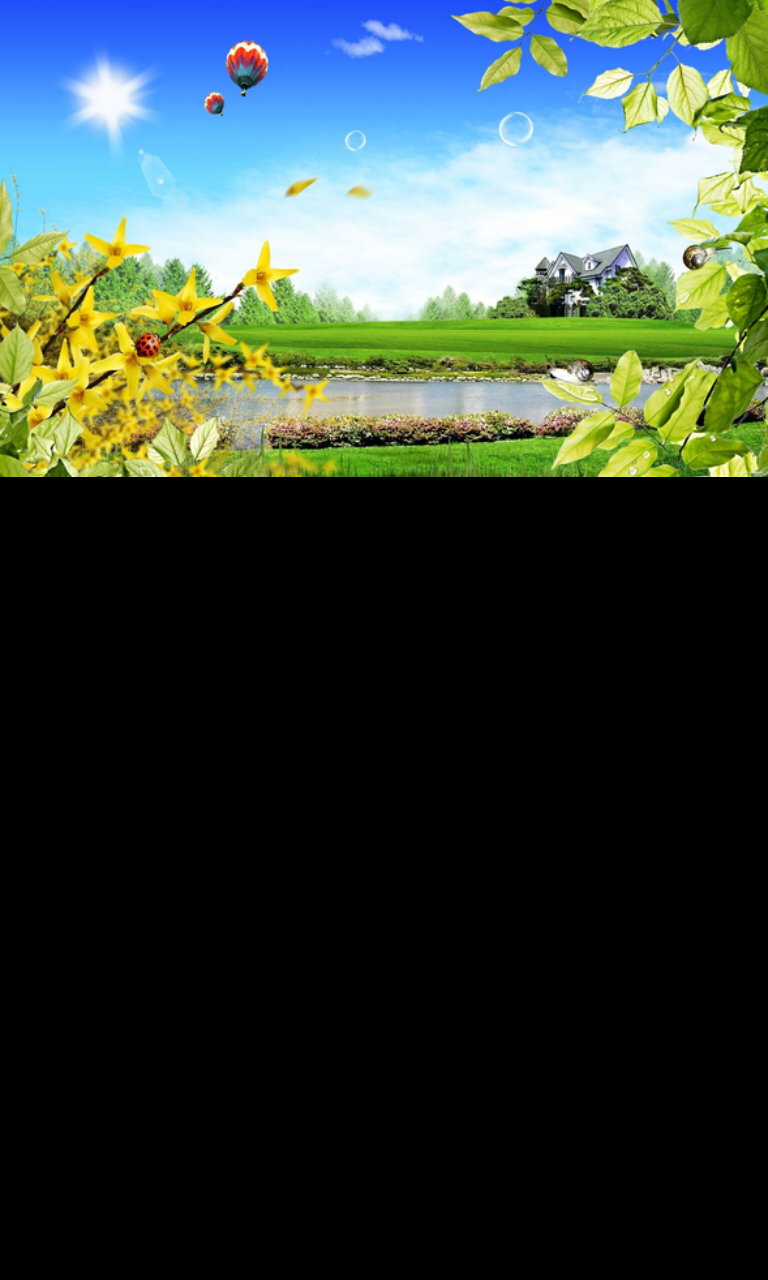
Repository: GuangmingChan/DevelopAndroidApp
Layout: demoImageView/res/layout/main.xml
These files come from the project's save history. The layout is drawn as it stood at one moment and after the next save; the edit follows.
It is drawn on a 768 x 1280 px phone screen (xhdpi) without system bars, with theme android:Theme.Holo; the app's code is not run.

Above is the layout before, as saved 2017-03-13 07:41:32.

### demoImageView/res/layout/main.xml
<?xml version="1.0" encoding="utf-8"?>
<LinearLayout xmlns:android="http://schemas.android.com/apk/res/android"
    android:layout_width="fill_parent"
    android:layout_height="fill_parent"
    android:orientation="vertical" >

    <!--android:adjustViewBounds="true"-->
    <ImageView
        android:src="@drawable/sunshine"

        android:layout_width="wrap_content"
        android:layout_height="wrap_content"
        android:scaleType="fitStart">
    </ImageView>

</LinearLayout>

After the next save:
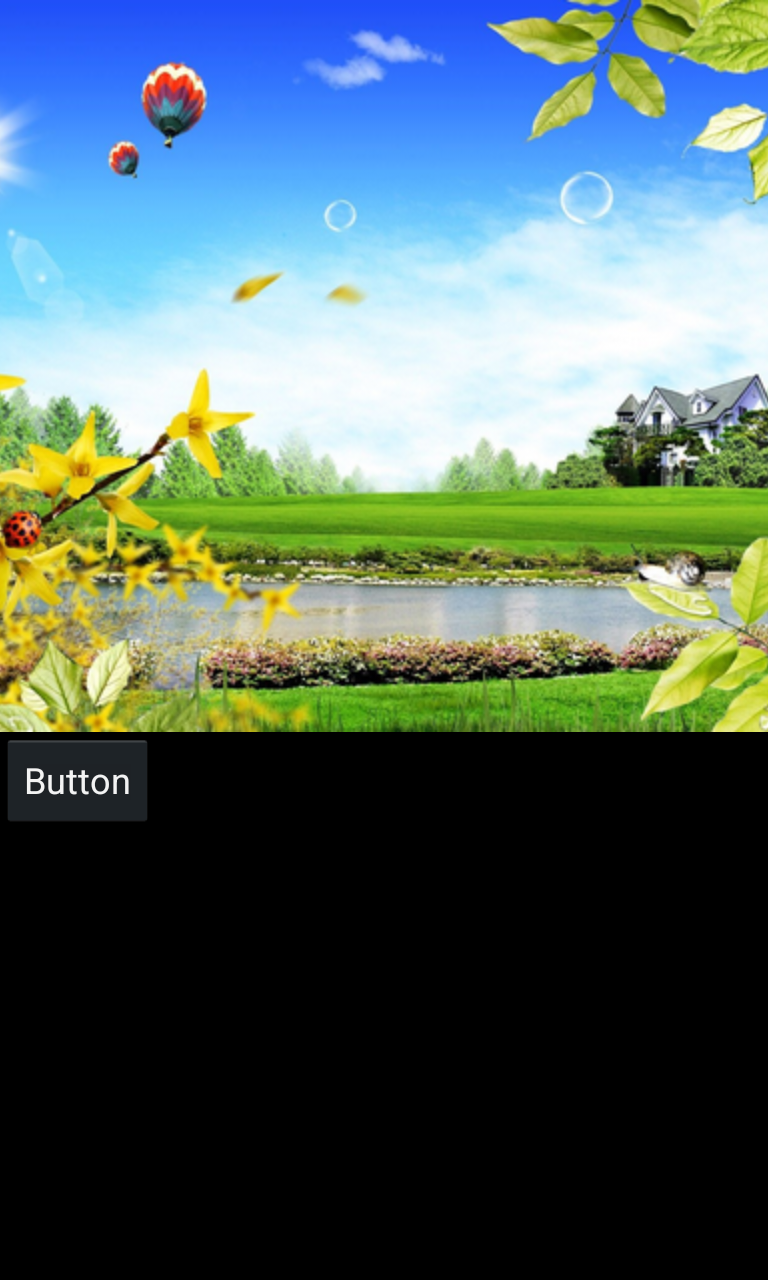
Saved 49 s later.
--- a/demoImageView/res/layout/main.xml
+++ b/demoImageView/res/layout/main.xml
@@ -10,7 +10,13 @@
 
         android:layout_width="wrap_content"
         android:layout_height="wrap_content"
-        android:scaleType="fitStart">
+        android:scaleType="center">
     </ImageView>
 
+    <Button
+        android:id="@+id/button1"
+        android:layout_width="wrap_content"
+        android:layout_height="wrap_content"
+        android:text="Button" />
+
 </LinearLayout>
